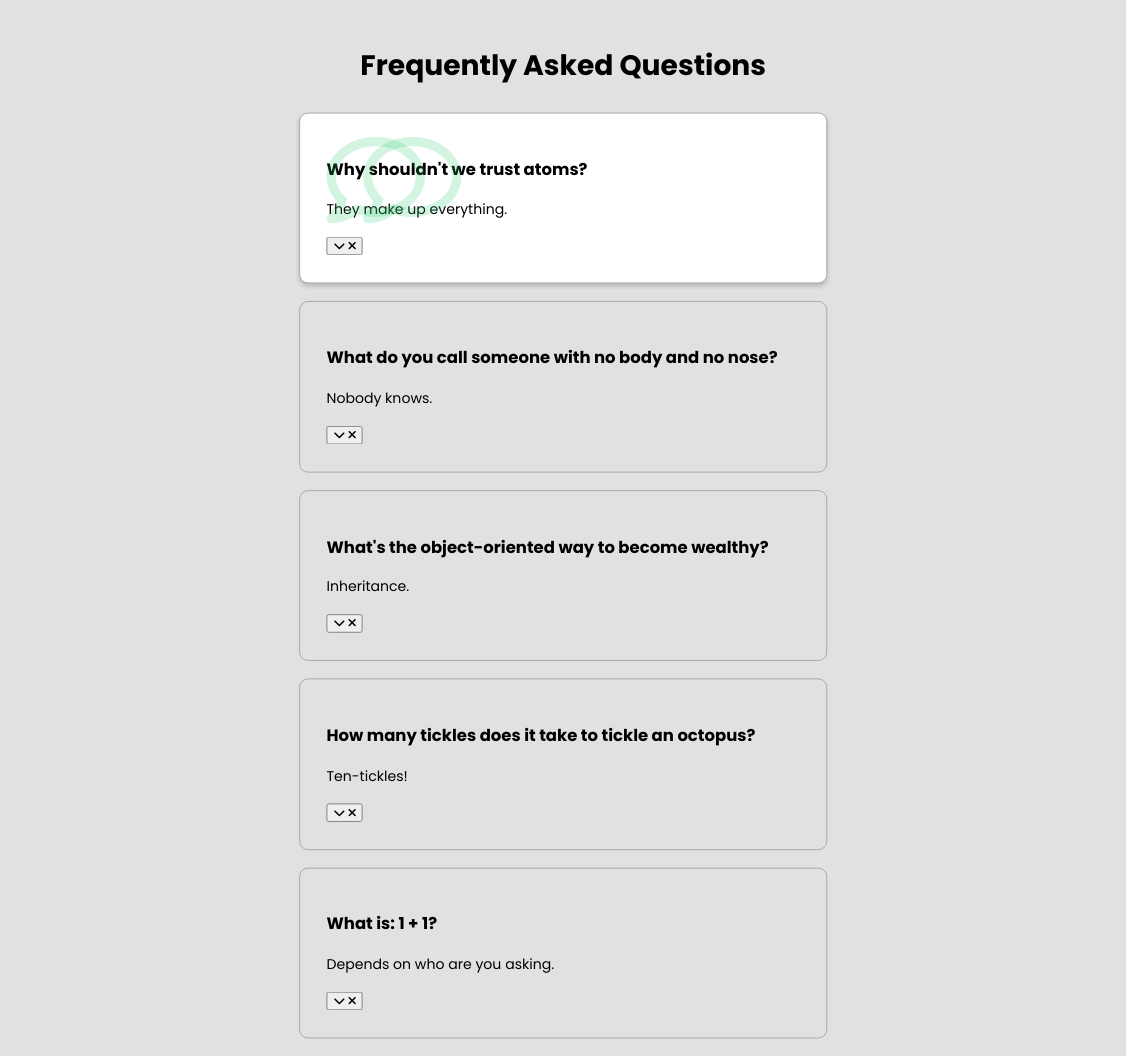
Repository: huynhvanngoan/50projectsin50days
Page: Day12/index.html
The author's editor kept a copy of each file at every save. The page is drawn from the files as they stood at one save, then again after a run of saves.
The browser window is 1280 px wide. The pictures show the whole page, at 88% of full size.

Above is the page before, as saved 2022-11-14 23:10:56.

After the next 3 saves:
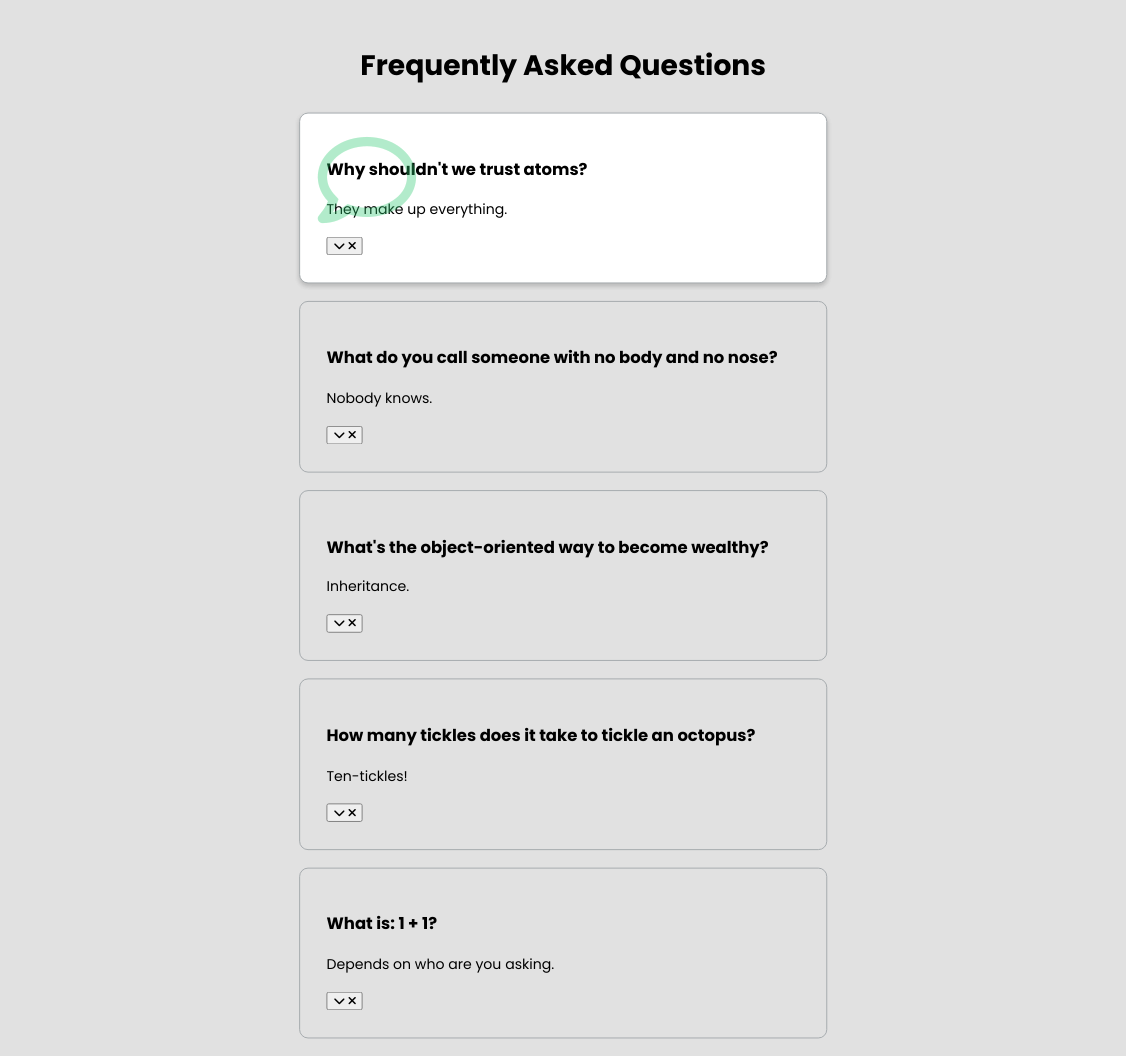
The 3 saves are shown as one change because they came seconds apart.
The last was saved 42 s later.
--- a/Day12/style.css
+++ b/Day12/style.css
@@ -40,4 +40,5 @@ h1{
     position: absolute;
     opacity: 0.2;
     top: 20px;
+    left: 20px;
 }
